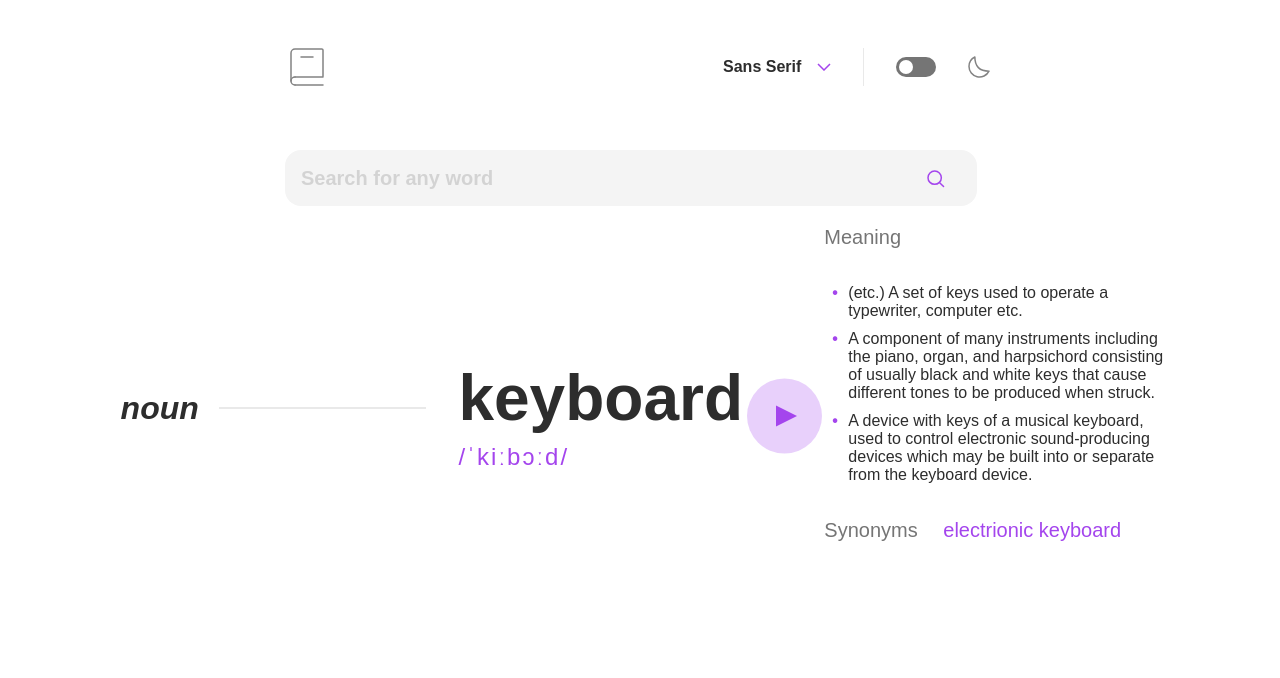
Repository: Arkitecth/dictionary-app
Page: index.html
The author's editor kept a copy of each file at every save. The page is drawn from the files as they stood at one save, then again after the next save.
The browser window is 1280 px wide. The pictures show the whole page.

Above is the page before, as saved 2023-07-20 16:40:58.

### index.html
<!DOCTYPE html>
<html lang="en">
<head>
  <meta charset="UTF-8">
  <meta name="viewport" content="width=device-width, initial-scale=1.0">
  <link rel="stylesheet" href="styles.css">
  <title>Dictionary</title>
</head>
<body>

  <!-- Navigation -->
  <nav>
    <img src="assets/images/logo.svg" alt="logo">

    <div class="right">
      <div class="fonts">
        <p>Sans Serif</p>
        <img src="assets/images/icon-arrow-down.svg" alt="icon-arrow-down">
      </div>

      <div class="ruler"></div>

      <div class="togglers">
        <!-- Rounded switch -->
        <label class="switch">
          <input type="checkbox">
          <span class="slider round"></span>
        </label>
        <img src="assets/images/icon-moon.svg" alt="moon-icon">
      </div>
    </div>
  </nav>


  <!-- Search Bar -->
  <section class="search">
    <label for="search-bar"></label>
    <input type="text" name="search-bar" id="search-bar" placeholder="Search for any word">
    <img src="assets/images/icon-search.svg" alt="search-icon" class="search-icon">
  </section>


  <main>
    <section class="word-view">
      <div class="word-group">
        <h1>keyboard</h1>
        <p>/ˈkiːbɔːd/</p>
      </div>
      <img class="icon-play" src="assets/images/icon-play.svg" alt="icon-play">
    </section>

    <div class="speech-part-group">
      <p class="speech-part">noun</p>
      <div class="grey-rule"></div>
    </div>

    <section class="description">
      <p>Meaning</p>
      <ul>
        <li>(etc.) A set of keys used to operate a typewriter, computer etc.</li>
        <li>A component of many instruments including the piano, organ, and harpsichord consisting of usually black and white keys that cause different tones to be produced when struck.</li>
        <li>A device with keys of a musical keyboard, used to control electronic sound-producing devices which may be built into or separate from the keyboard device.</li>
      </ul>
      <p class="synonymn">Synonyms <span>electrionic keyboard</span></p>

    </section>

    <!-- <div class="speech-part-group">
      <p class="speech-part">noun</p>
      <div class="grey-rule"></div>
    </div>

    <section class="description">
      <p>Meaning</p>
      <ul>
        <li>(etc.) A set of keys used to operate a typewriter, computer etc.</li>
        <li>A component of many instruments including the piano, organ, and harpsichord consisting of usually black and white keys that cause different tones to be produced when struck.</li>
        <li>A device with keys of a musical keyboard, used to control electronic sound-producing devices which may be built into or separate from the keyboard device.</li>
      </ul>
      <p class="synonymn">Synonyms <span>electrionic keyboard</span></p>

    </section> -->





  </main>

</body>
</html>

### styles.css
:root {
    --dark-grey: #757575;
    --purple:#a445ed;
    --light-grey:#f4f4f4;
    --dark-three:#2d2d2d;
    --lighter-grey:#e9e9e9;
}


* {
    margin: 0;
    padding: 0;
}



/* Main Styling */
body {
    max-width: 1100px;
    margin: 0 auto;
    font-family: sans-serif;
    color: var(--dark-three);
}


/* Light Styling */

/* Nav Styling */
nav {
    display: flex;
    justify-content: space-around;
    margin-top: 3rem;
}

.right {
    display: flex;
    gap: 2rem;
}

.fonts {
    display: flex;
    gap: 1rem;
    align-items: center;
    font-weight: 600;
}

.ruler {
    width: 1px;
    background-color: #e9e9e9;
}

.togglers {
    display: flex;
    gap: 2rem;
    align-items: center;
}



/* The switch - the box around the slider */
.switch {
  position: relative;
  display: inline-block;
  width: 40px;
  height: 20px;
}

/* Hide default HTML checkbox */
.switch input {
  opacity: 0;
  width: 0;
  height: 0;
}

/* The slider */
.slider {
  position: absolute;
  cursor: pointer;
  top: 0;
  left: 0;
  right: 0;
  bottom: 0;
  background-color: var(--dark-grey);
  -webkit-transition: .4s;
  transition: .4s;
}

.slider:before {
  position: absolute;
  content: "";
  height: 14px;
  width: 14px;
  left: 3px;
  bottom: 3px;
  background-color: white;
  -webkit-transition: .4s;
  transition: .4s;
}

input:checked + .slider {
  background-color: var(--purple)
}

input:focus + .slider {
  box-shadow: 0 0 1px var(--purple)
}

input:checked + .slider:before {
  -webkit-transform: translateX(20px);
  -ms-transform: translateX(20px);
  transform: translateX(20px);
}

/* Rounded sliders */
.slider.round {
  border-radius: 34px;
}

.slider.round:before {
  border-radius: 50%;
}



/* Search */

.search {
    text-align: center;
    margin-top: 4rem;
    display: flex;
    justify-content: center;
}

input[type="text"] {
    width:60%;
    height: 1.5rem;
    padding: 1rem;
    border-radius: 16px;
    border: none;
    background-color: var(--light-grey);
    outline: none;
    font-size: 20px;
    font-weight: 700;

}

input[type="text"]:active,
input[type="text"]:focus {
    border: 1px solid var(--purple);
}


input[type="text"]::placeholder {
    opacity: 0.25;
}

.search-icon {
    transform: translate(-50px,1px);
    text-align: center;
}



/* Word View */

main {
    display: grid;
    grid-template-rows: repeat(5, auto);
    grid-template-columns: 1fr 1fr 1fr;
    align-items: center;
}


.word-view {
    text-align: center;
    margin-top: 4rem;
    display: flex;
    justify-content: space-around;
    grid-column: 2;
}
.word-group h1 {
    font-size: 4rem;
    gap: 30px;
}

.word-group p {
    text-align: left;
    font-size: 1.5rem;
    color: var(--purple);
    font-weight: 400;
    padding-top: 0.5rem;
    letter-spacing: 2px;
}


/* Speech Part(noun, pronoun, verb) */
.speech-part-group {
    display: flex;
    justify-content: center;
    align-items: center;
    gap: 20px;
    margin-top: 3rem;
    grid-row: 1;
}
.speech-part {
    text-align: left;
    font-size: 2rem;
    font-weight: 700;
    font-style: italic;
}
.grey-rule {
    border: 1px solid var(--lighter-grey);
    height: 0;
    width: 56%;
}

/* Description */
.description {
    /* width: fit-content;
    margin: 0 auto;
    margin-top: 2rem; */
    /* width: 64%; */
    margin: 0 auto;


}
.description p {
    color: var(--dark-grey);
    text-align: left;
    font-size: 1.25rem;
    padding: 20px 1px;
}
ul {
    text-align: left;
    padding: 10px 20px;
    list-style: none;
}
ul li::before {
    content: "\2022";
    width: 1rem;
    font-weight: bold;
    display: inline-block;
    margin-left: -1em;
    color: var(--purple);
}
ul li{
    padding: 5px;
    color: var(--dark-three);
}
.synonymn span {
    color: var(--purple);
    padding: 0 20px;
}


/* Mobile Styels */

@media screen and (max-width:375px) {

    input[type="text"] {
        width: 327px;
    }
    .search {
        margin-left: 10px;
    }

    .word-group h1 {
        font-size: 32px;
    }

    .icon-play {
        width: 48px;
    }

    .description {
        width: 275px;
    }

    .speech-part {
        font-size: 18px;
    }

    .description p {
        font-size: 16px;
    }
}

After the next save:
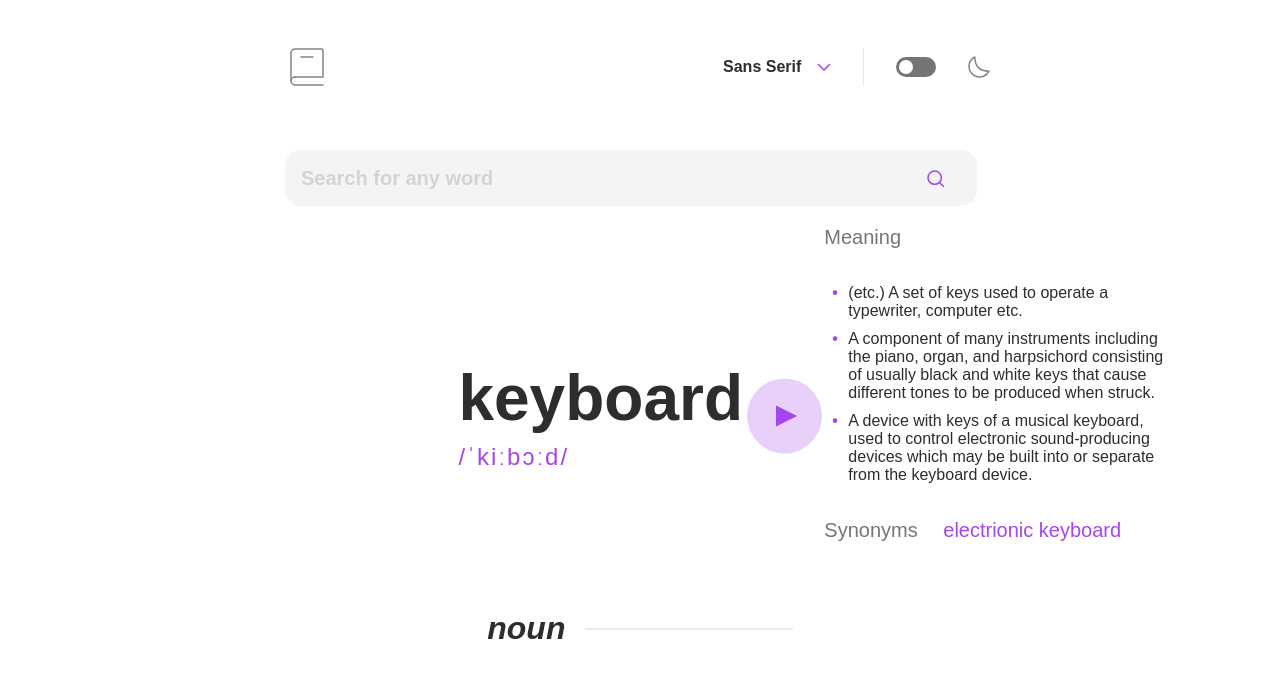
Saved 14 s later.
--- a/styles.css
+++ b/styles.css
@@ -200,7 +200,8 @@
     align-items: center;
     gap: 20px;
     margin-top: 3rem;
-    grid-row: 1;
+    grid-row: 2;
+    grid-column: 2;
 }
 .speech-part {
     text-align: left;
